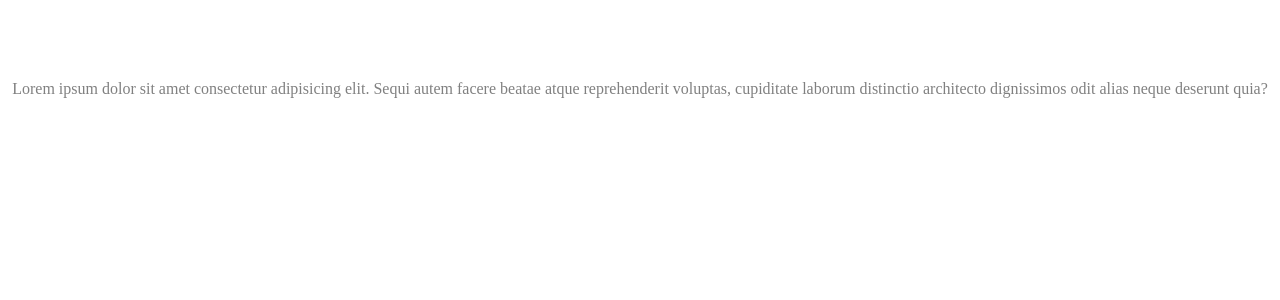
Repository: MohmdMHR/limesharp-test
Page: /
The author's editor kept a copy of each file at every save. The page is drawn from the files as they stood at one save, then again after the next save.
The browser window is 1280 px wide. The pictures show the whole page.
The project was rebuilt for these pictures with package versions that can differ from the ones it lists, and the page was loaded fresh each time. Also part of the build but not shown: vue.config.js, src/components/card.vue.

Above is the page before, as saved 2022-07-20 17:37:31.

After the next save:
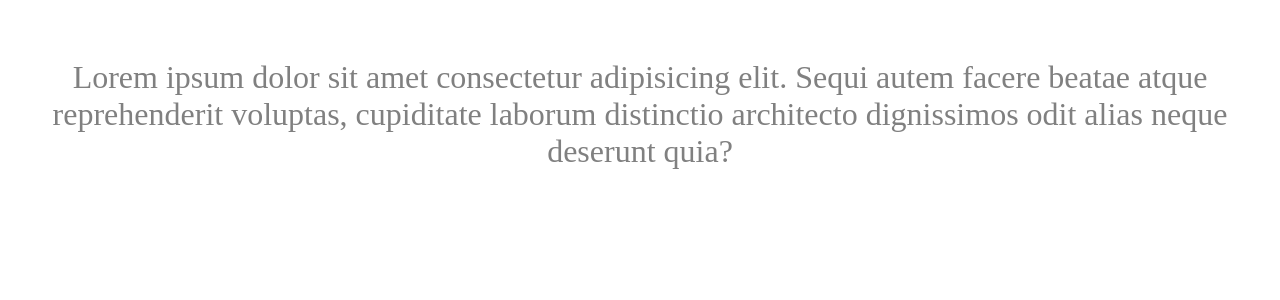
Saved 86 s later.
--- a/src/Main.vue
+++ b/src/Main.vue
@@ -30,14 +30,17 @@ export default {
 
 <style lang="scss" scoped>
 .main-title {
-  color: #fff;
+  color: white;
   text-align: center;
+  font-size: 1.5rem;
 }
 .spacer {
 }
 .main-content {
   color: gray;
   text-align: center;
+  margin: 1rem 2rem;
+  font-size: 2rem;
 }
 .cards-container {
   display: grid;
